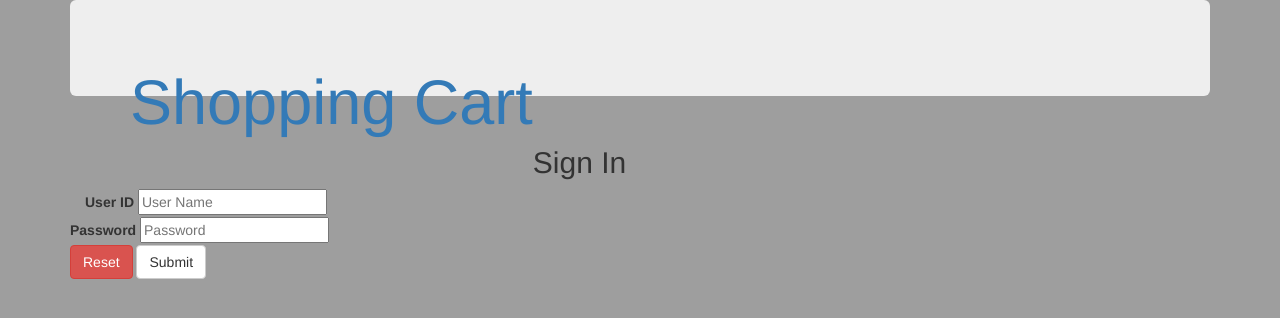
Repository: AravindMarshall/ShoppingCart
Page: http://localhost/Phineas/Login.jsp
The author's editor kept a copy of each file at every save. The page is drawn from the files as they stood at one save, then again after the next save.
The browser window is 1280 px wide. The pictures show the whole page.
The page is served by Tomcat 9.

Above is the page before, as saved 2016-06-09 20:28:40.

After the next save:
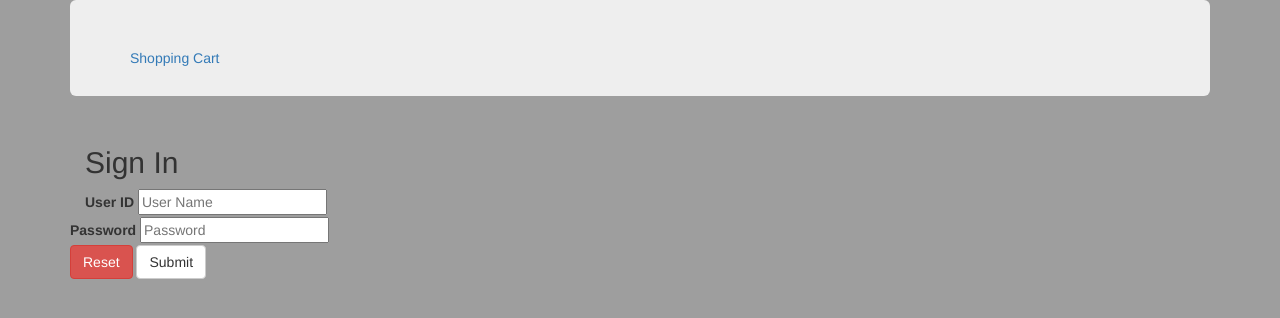
Saved 2 min 25 s later.
--- a/NIIT Shopping Cart/Phineas/WebContent/Login.jsp
+++ b/NIIT Shopping Cart/Phineas/WebContent/Login.jsp
@@ -17,9 +17,8 @@
 <div class="jumbotron">
     <div class="navbar-header">
 <body background="F:\Sample Car pictures\Background Car.jpg">
-       <h1><a href="home.jsp">Shopping Cart</a>
-      </h1>
-      </div>
+       <a href="home.jsp">Shopping Cart</a>
+     </div>
     </div>
 
 <div class= "Login">
